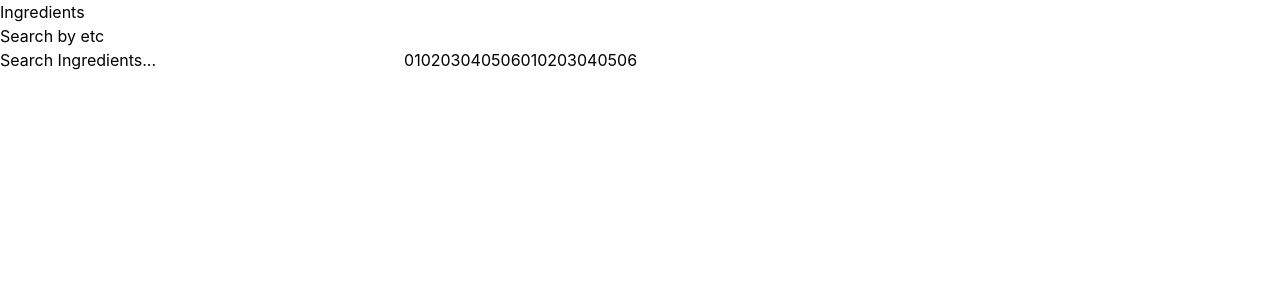
Repository: thais-chen/Meal
Page: /ingredients (app in meal-plan/)
The author's editor kept a copy of each file at every save. The page is drawn from the files as they stood at one save, then again after a run of saves.
The browser window is 1280 px wide. The pictures show the whole page.
The project was rebuilt for these pictures with package versions that can differ from the ones it lists, and the page was loaded fresh each time. The framework's server and built-in components were replaced by stand-ins that run in the browser. Also part of the build but not shown: meal-plan/next.config.js.

Above is the page before, as saved 2022-08-09 15:29:05.

After the next 2 saves:
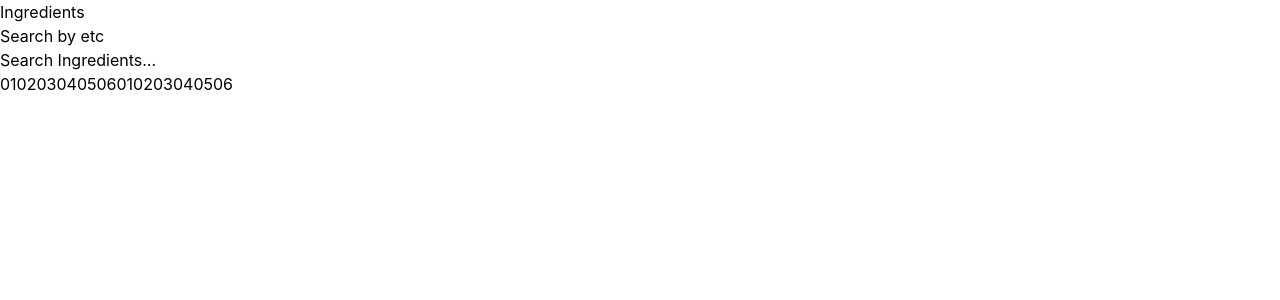
The 2 saves are shown as one change because they came seconds apart.
The last was saved 75 s later.
--- a/meal-plan/comps/Grid.js
+++ b/meal-plan/comps/Grid.js
@@ -2,7 +2,7 @@
 const Grid = () => {
 
     return (
-      <>
+      <div >
         <span class="inline-grid grid-cols-3 gap-4">
           <span>01</span>
           <span>02</span>
@@ -19,7 +19,7 @@ const Grid = () => {
           <span>05</span>
           <span>06</span>
         </span>
-      </>
+      </div>
     );
 }
 export default Grid;
